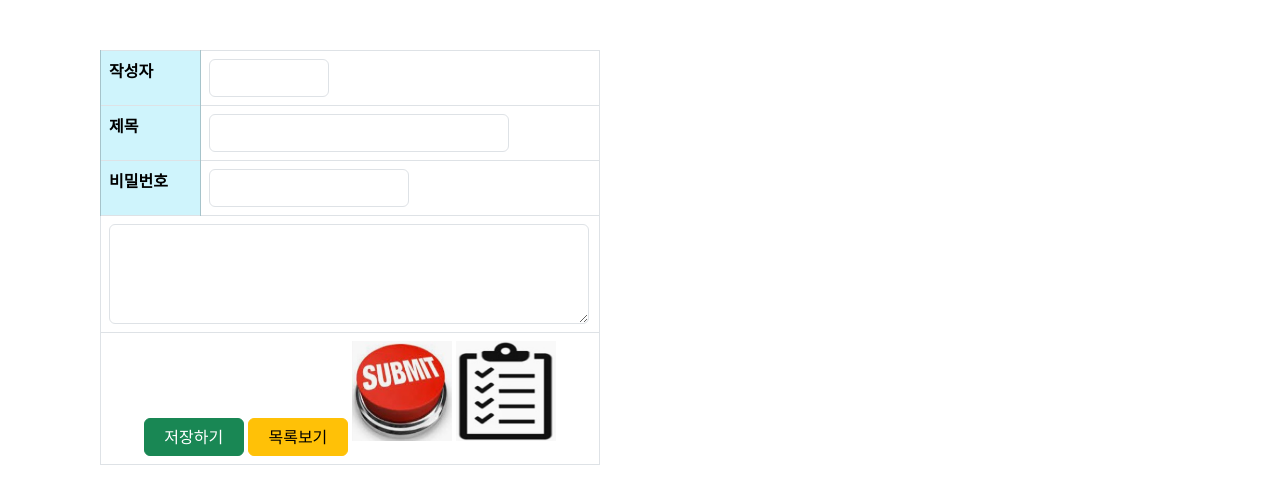
Repository: JunbroGit/SistProject
Page: http://localhost/jsaAjaxProject/simpleboard/addForm.jsp
The author's editor kept a copy of each file at every save. The page is drawn from the files as they stood at one save, then again after the next save.
The browser window is 1280 px wide. The pictures show the whole page.
Some web fonts or font styles are not loaded; a fallback is used. The page is served by Tomcat 9. Other server files are loaded and not shown.

Above is the page before, as saved 2024-03-14 05:15:49.

### jspwork/jsaAjaxProject/src/main/webapp/simpleboard/addForm.jsp
<%@ page language="java" contentType="text/html; charset=UTF-8"
    pageEncoding="UTF-8"%>
<!DOCTYPE html>
<html>
<head>
<meta charset="UTF-8">
<link href="https://cdn.jsdelivr.net/npm/bootstrap@5.3.2/dist/css/bootstrap.min.css" rel="stylesheet">
<link href="https://fonts.googleapis.com/css2?family=Dongle&family=Gaegu&family=Nanum+Myeongjo&family=Nanum+Pen+Script&family=Noto+Sans+KR:wght@100..900&display=swap" rel="stylesheet">
<script src="https://code.jquery.com/jquery-3.7.0.js"></script>
<title>Insert title here</title>
</head>
<body>
<div style="margin: 50px 100px; width: 500px;">
	<form action="addAction.jsp" method="post">
		<table class="table table-bordered">
			<tr>
				<th width="100" class="table-info">작성자</th>
				<td>
					<input type="text" name="writer" class="form-control" style="width: 120px;" required="required">
				</td>
			</tr>
			<tr>
				<th width="100" class="table-info">제목</th>
				<td>
					<input type="text" name="subject" class="form-control" style="width: 300px;" required="required">
				</td>
			</tr>
			<tr>
				<th width="100" class="table-info">비밀번호</th>
				<td>
					<input type="text" name="pass" class="form-control" style="width: 200px;" required="required">
				</td>
			</tr>
			<tr>
				<td colspan="2">
					<textarea style="width: 480px; height: 100px;" name="content" class="form-control" required="required"></textarea>
				</td>
			</tr>
			<tr>
				<td colspan="2" align="center">
					<button type="submit" style="width: 100px;" class="btn btn-success btn-md">저장하기</button>
					<button type="button" style="width: 100px;" class="btn btn-warning btn-md" onclick="location.href='boardList.jsp'">목록보기</button>
					<input type="image" src="../image/logo_img/submit.png" style="width: 100px; height: 100px;">
					<input type="image" src="../image/logo_img/list.png" style="width: 100px; height: 100px;">
				</td>
			</tr>
		</table>
	</form>
</div>
</body>
</html>

After the next save:
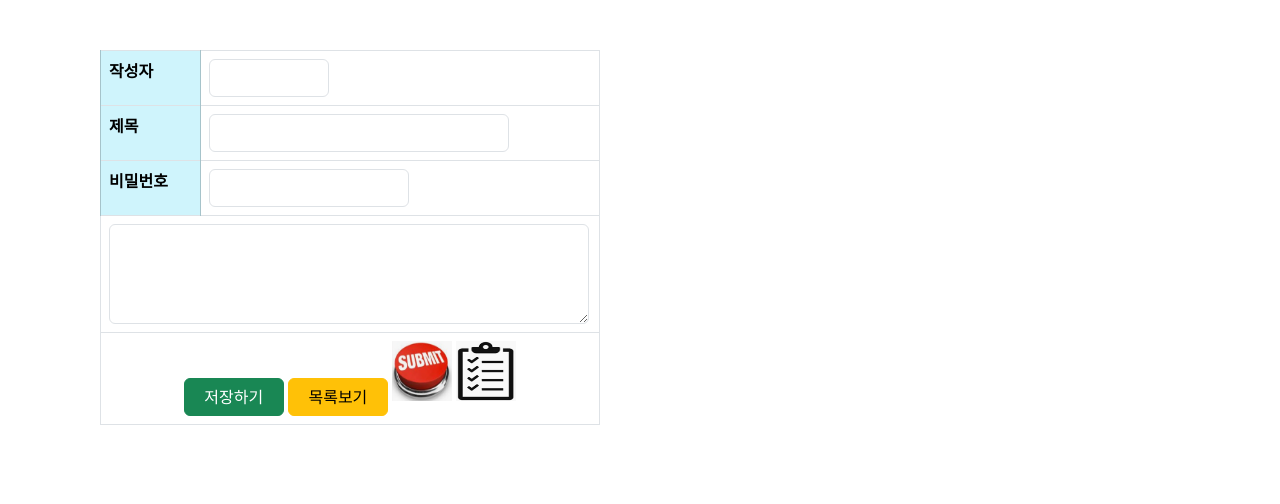
Saved 26 s later.
--- a/jspwork/jsaAjaxProject/src/main/webapp/simpleboard/addForm.jsp
+++ b/jspwork/jsaAjaxProject/src/main/webapp/simpleboard/addForm.jsp
@@ -40,8 +40,8 @@
 				<td colspan="2" align="center">
 					<button type="submit" style="width: 100px;" class="btn btn-success btn-md">저장하기</button>
 					<button type="button" style="width: 100px;" class="btn btn-warning btn-md" onclick="location.href='boardList.jsp'">목록보기</button>
-					<input type="image" src="../image/logo_img/submit.png" style="width: 100px; height: 100px;">
-					<input type="image" src="../image/logo_img/list.png" style="width: 100px; height: 100px;">
+					<input type="image" src="../image/logo_img/submit.png" style="width: 60px; height: 60px;">
+					<input type="image" src="../image/logo_img/list.png" style="width: 60px; height: 60px;">
 				</td>
 			</tr>
 		</table>
